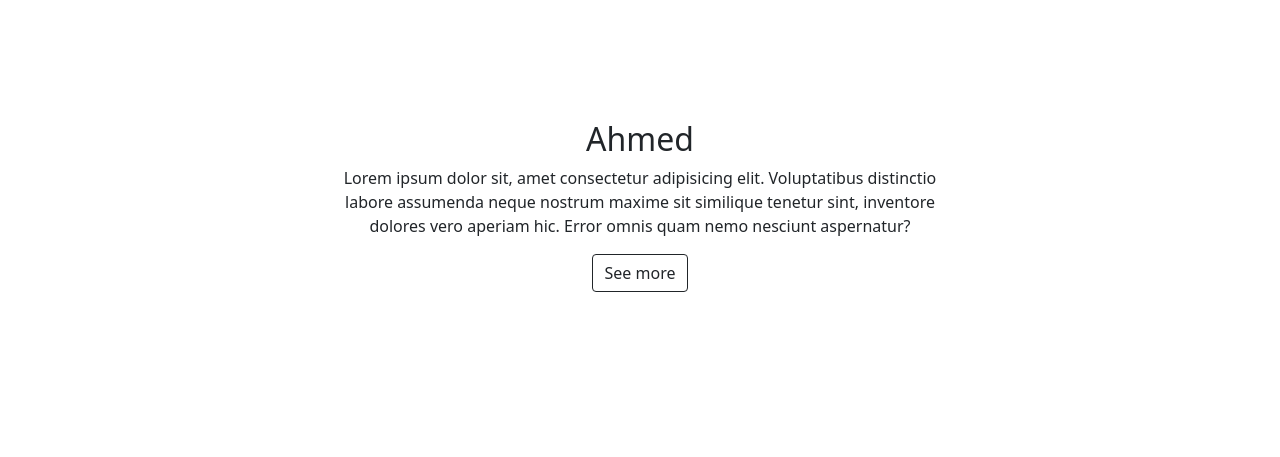
Repository: Ahmedalid/testing
Page: index.html
The author's editor kept a copy of each file at every save. The page is drawn from the files as they stood at one save, then again after a run of saves.
The browser window is 1280 px wide. The pictures show the whole page.

Above is the page before, as saved 2023-06-10 13:53:37.

After the next 8 saves:
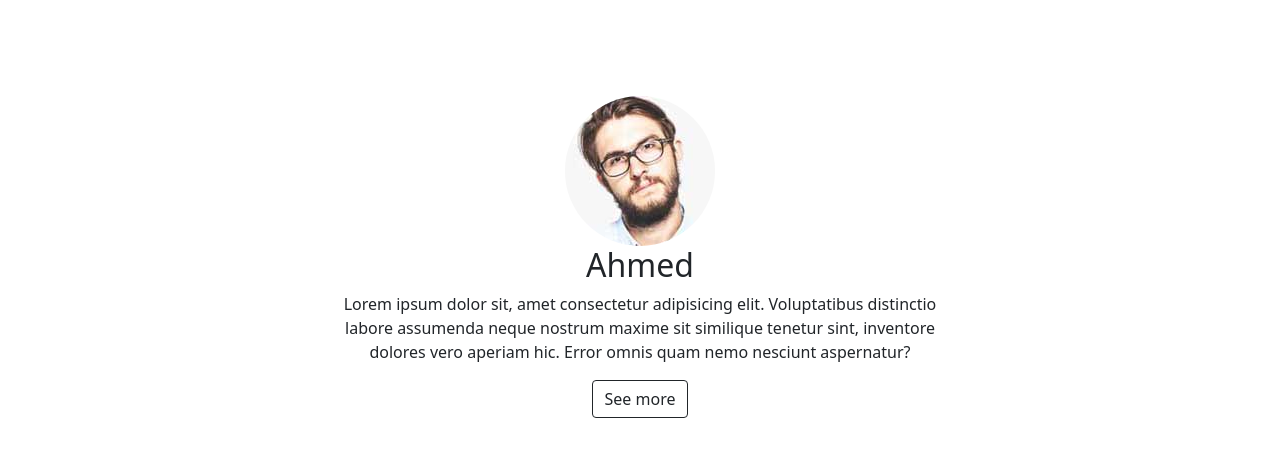
The 8 saves are shown as one change because they came seconds apart.
The last was saved 23 s later.
--- a/index.html
+++ b/index.html
@@ -12,7 +12,7 @@
 <body>
 
     <div class="w-50 border-5 mt-5 border-dark text-center mx-auto py-5 px-3">
-        <img src="" alt="">
+        <img src="2 (1).jpg" alt="" class="rounded-circle">
         <h2>Ahmed</h2>
         <p>Lorem ipsum dolor sit, amet consectetur adipisicing elit. Voluptatibus distinctio labore assumenda neque
             nostrum maxime sit similique tenetur sint, inventore dolores vero aperiam hic. Error omnis quam nemo
